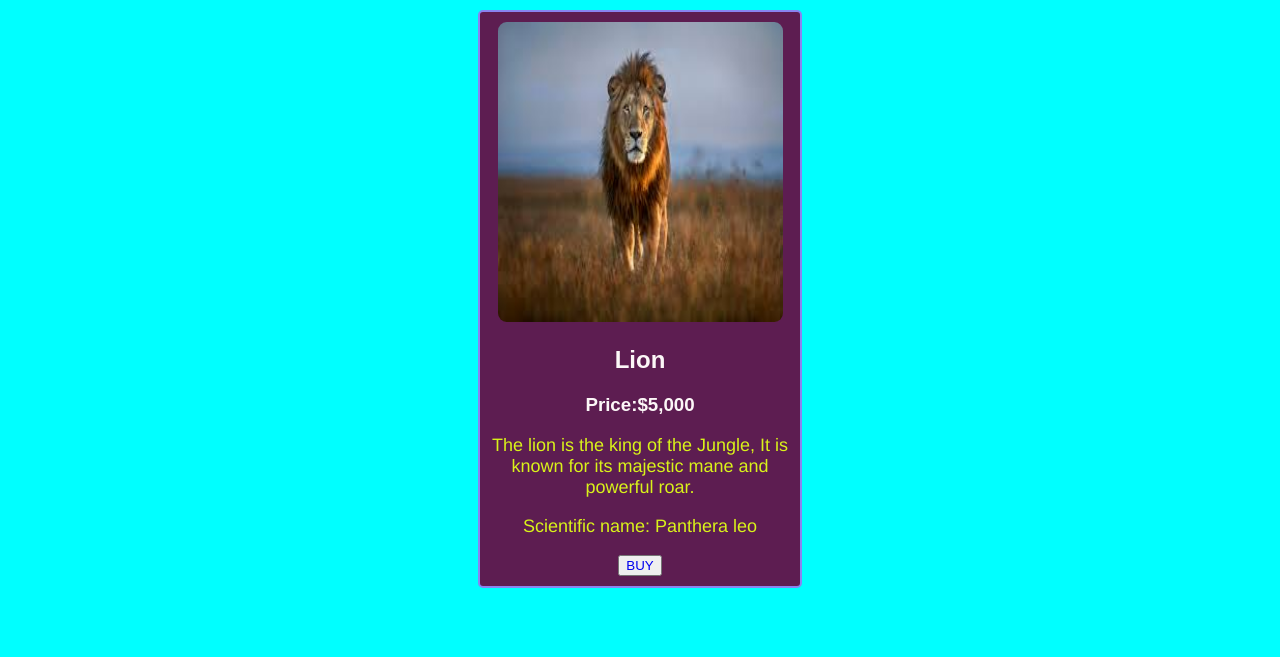
Repository: KingBoyMaylow/Animal-trading-card
Page: index.html
An editor plug-in stored every save of this project. The page is shown before and after the next save, followed by the edit.
The browser window is 1280 px wide. The pictures show the whole page.

Above is the page before, as saved 2024-05-15 10:25:05.

### index.html
<!DOCTYPE html>
<html lang="en">
<head>
    <meta charset="UTF-8">
    <meta name="viewport" content="width=device-width, initial-scale=1.0">
    <title>Document</title>
</head>
<body>
    <style>
    body {
        font-family: Arial, sans-serif;
        text-align: center;
        background-color: aqua;
    }
    h3{
        color: #fcf7f7;
    }
    button a {
        text-decoration: none;
    }
    .card {
        width: 300px;
        border: 2px solid #8a83f1;
        border-radius: 5px;
        margin: 10px auto;
        padding: 10px;
        background-color: #5d1d51;
    }
    .card img {
        width: 95%;
        border-radius: 3%;
        height: 300px;
    }
    .card h2 {
        color: #fcf7f7;
    }
    .card p {
        color: #d9f21a;
        font-size: large;
        font-family: 'Franklin Gothic Medium', 'Arial Narrow', Arial, sans-serif;
    }
</style>
</head>
<body>
    <div class="card">
        <img src="lion.jpeg" alt="Lion">
        <h2>Lion</h2>
        <h3>Price:$5,000</h3>
        <p>The lion is the king of the Jungle, It is known for its majestic mane and powerful roar.</p>
        <p>Scientific name: Panthera leo</p>
        <button><a href="#">BUY</a></button>
    </div>
</body>
</html>

After the next save:
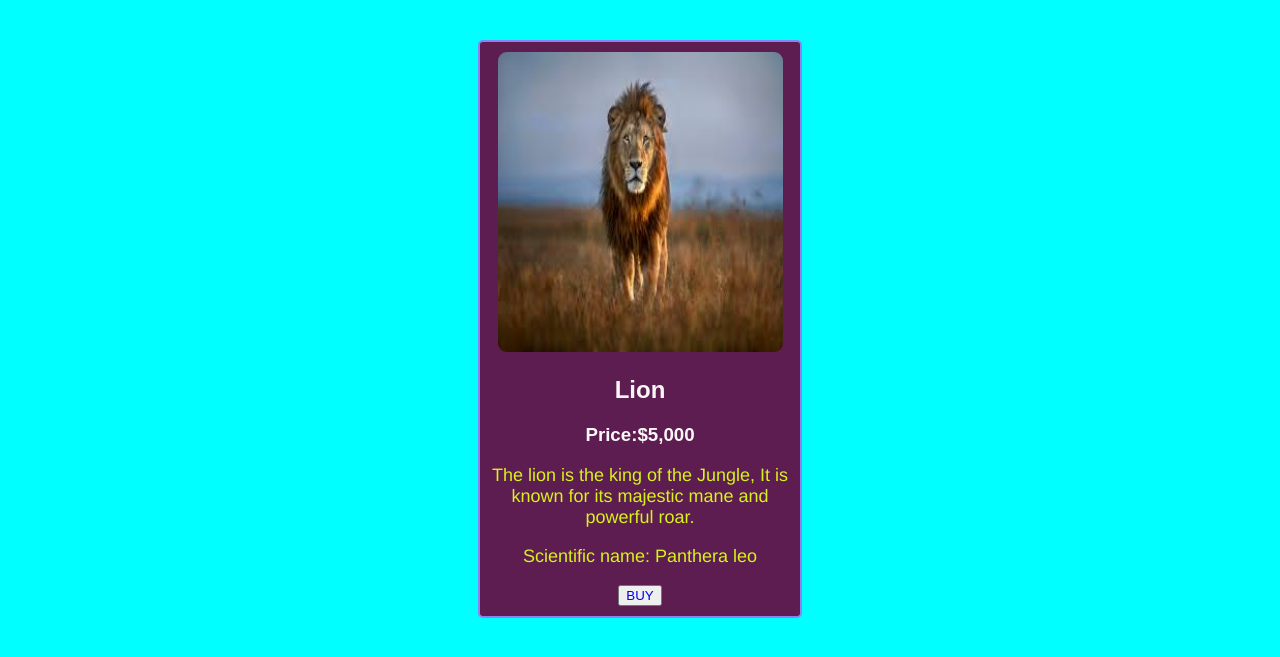
Saved 22 s later.
--- a/index.html
+++ b/index.html
@@ -22,7 +22,7 @@
         width: 300px;
         border: 2px solid #8a83f1;
         border-radius: 5px;
-        margin: 10px auto;
+        margin: 40px auto;
         padding: 10px;
         background-color: #5d1d51;
     }

After the 2 saves that followed:
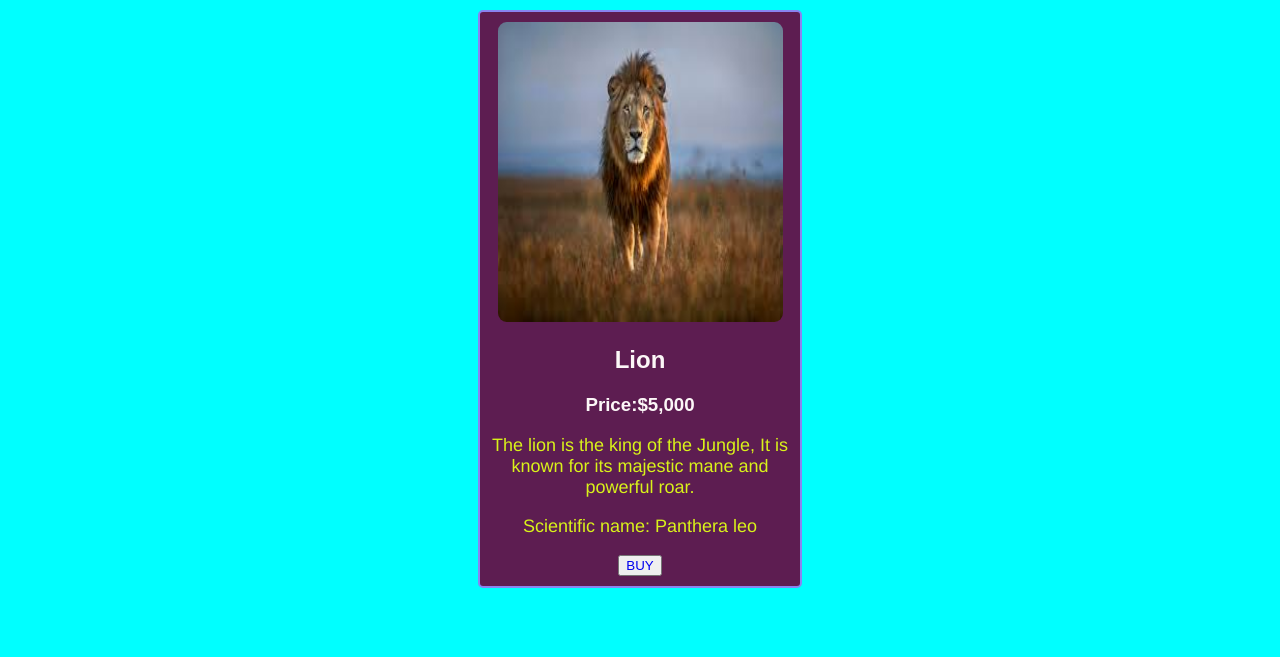
The 2 saves are shown as one change because they came seconds apart.
The last was saved 20 s later.
--- a/index.html
+++ b/index.html
@@ -22,7 +22,7 @@
         width: 300px;
         border: 2px solid #8a83f1;
         border-radius: 5px;
-        margin: 40px auto;
+        margin: 10px auto;
         padding: 10px;
         background-color: #5d1d51;
     }
